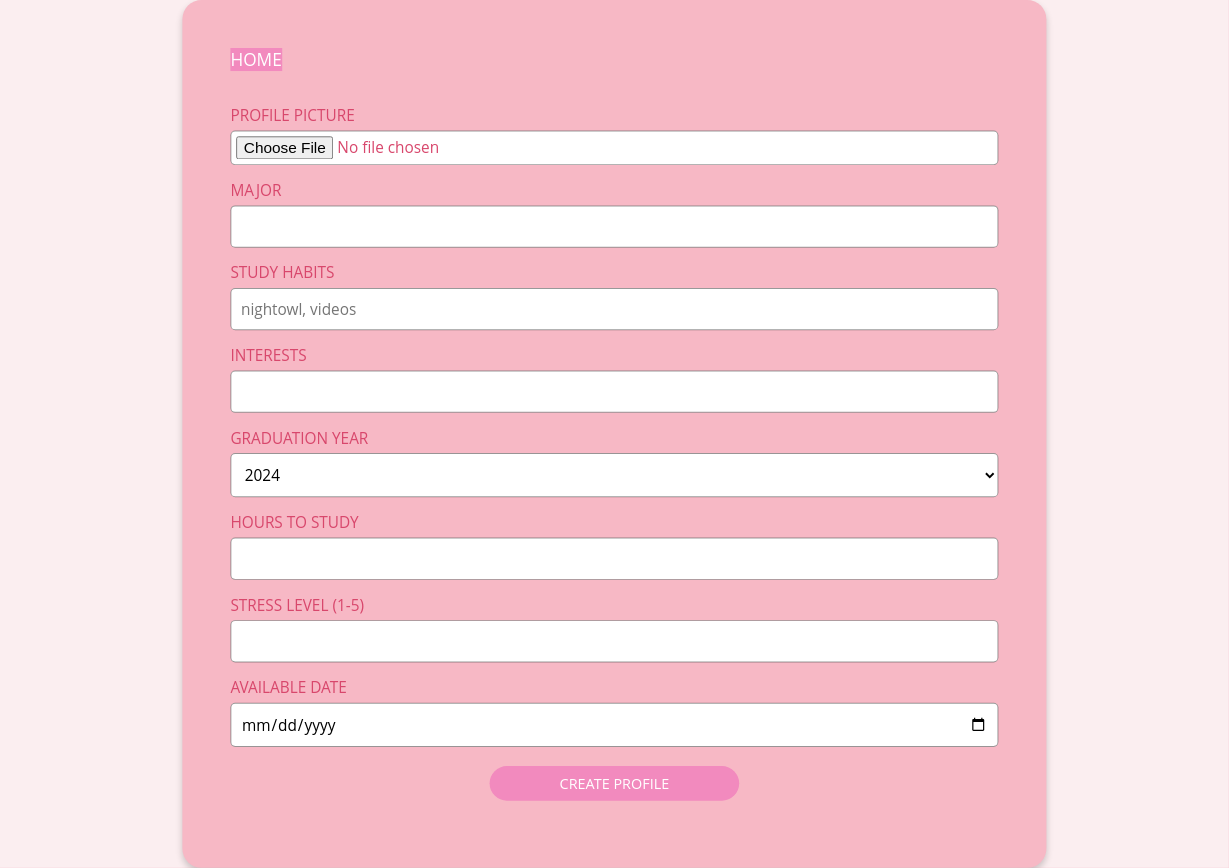
Repository: Argivist/BUDDY-MATCH
Page: http://localhost/html/profile.php
These files come from the project's save history. The page is drawn as it stood at one moment and after the next save; the edit follows.
The browser window is 1280 px wide. The pictures show the whole page, at 96% of full size.
The page is run by PHP 8.4 with error messages shown; the project is at /var/www/html/. Queries for data that is not in the repository find no rows.

Above is the page before, as saved 2024-08-08 00:26:05.

After the next save:
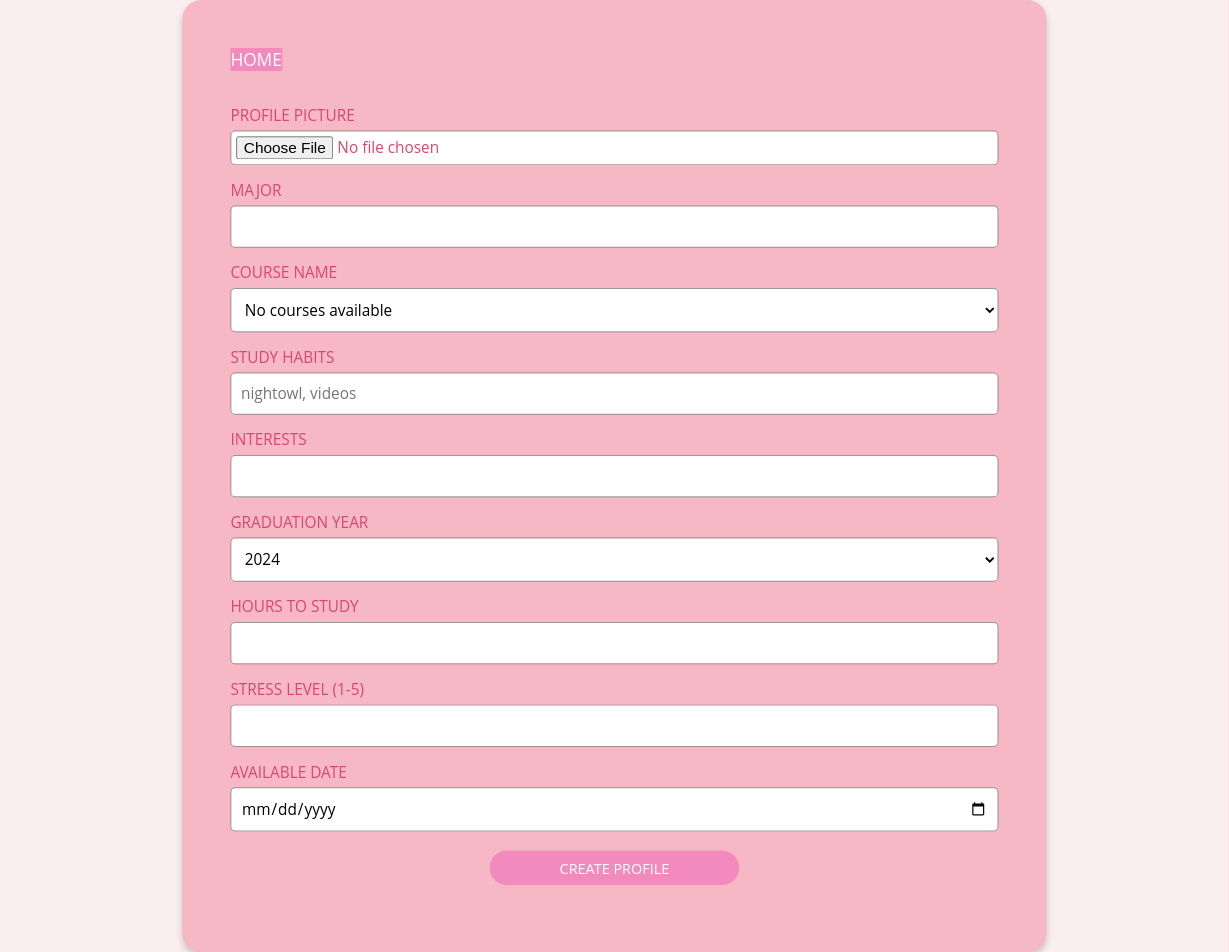
Saved 2 min 27 s later.
--- a/html/profile.php
+++ b/html/profile.php
@@ -18,6 +18,14 @@
                 Major
                 <input type="text" name="major" id="major" required>
             </label>
+            <!-- /course -->
+            <label for="course-name">
+                Course Name
+                <select name="courseName" id="course-name" required>
+                    <?php
+                        require '../subaction/course.php';
+                    ?>
+                </select>
             <label for="study-habits">
                 Study Habits
                 <input type="text" name="studyHabits" id="study-habits" placeholder="nightowl, videos" required>
